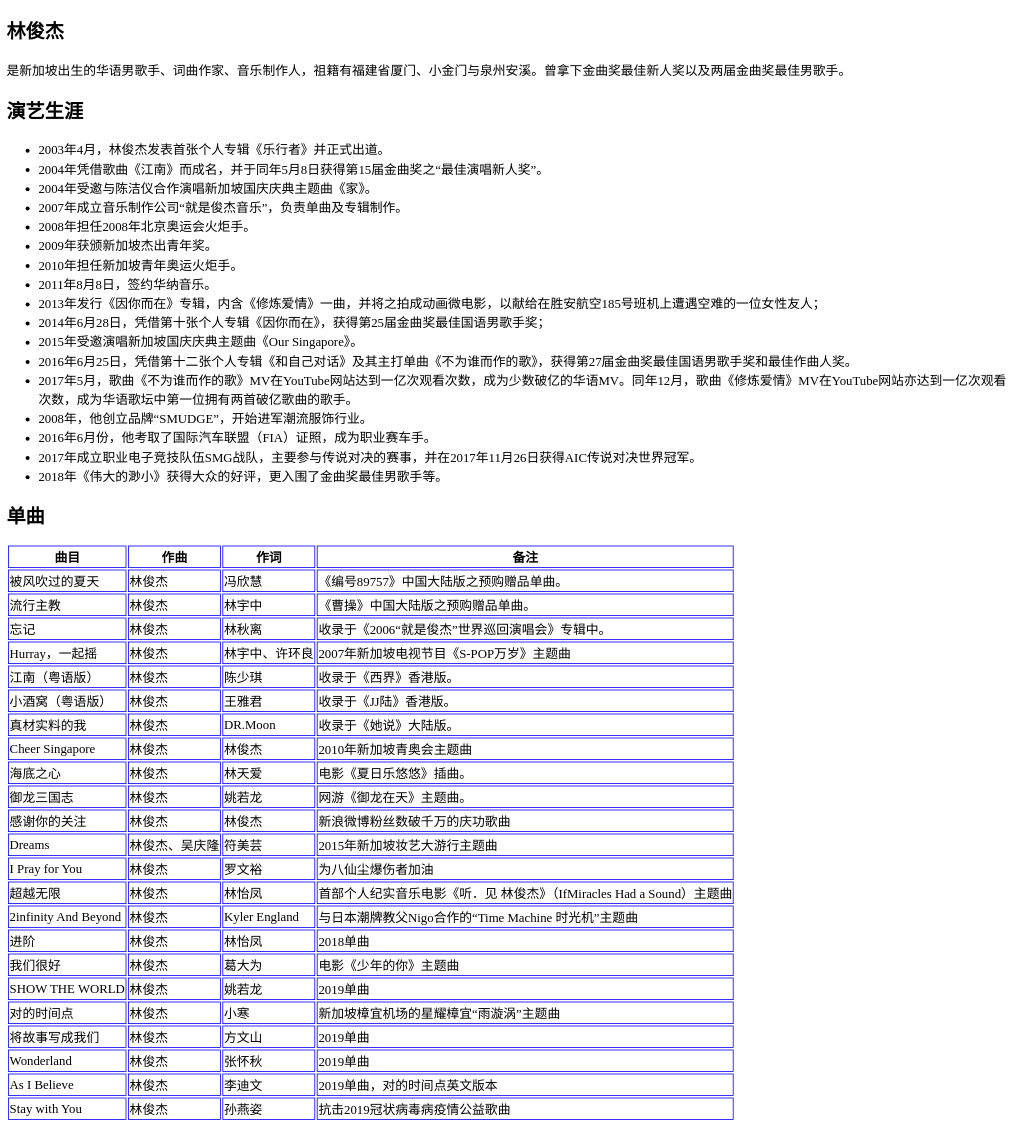
Repository: chenguocan/html_work
Page: html_work.html
These files come from the project's save history. The page is drawn as it stood at one moment and after the next save; the edit follows.
The browser window is 1280 px wide. The pictures show the whole page, at 80% of full size.

Above is the page before, as saved 2020-06-26 10:12:18.

After the next save:
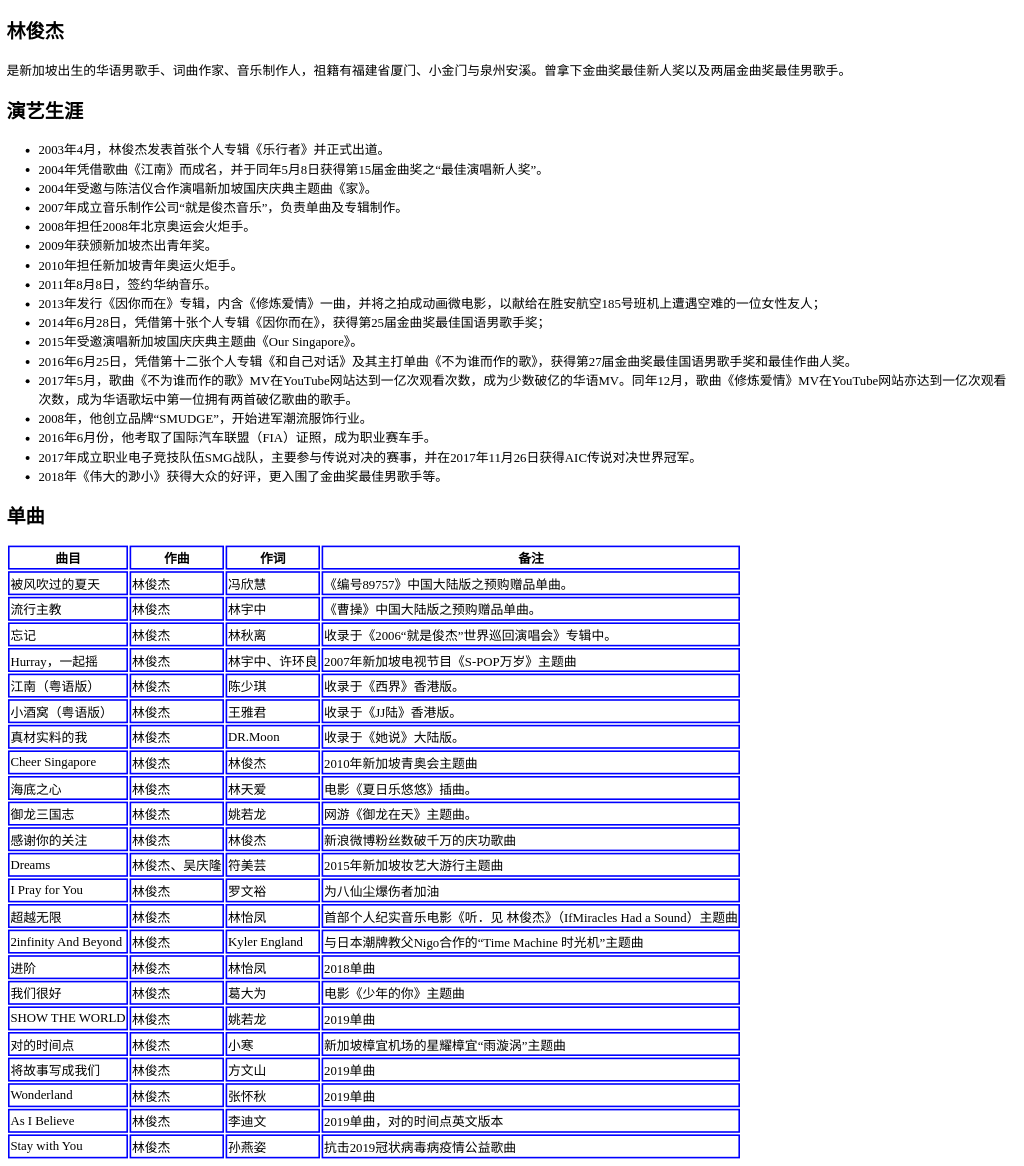
Saved 25 s later.
--- a/html_work.html
+++ b/html_work.html
@@ -13,7 +13,7 @@
       }
       td,
       th {
-        border: 1px solid blue;
+        border: 2px solid blue;
       }
     </style>
   </head>
